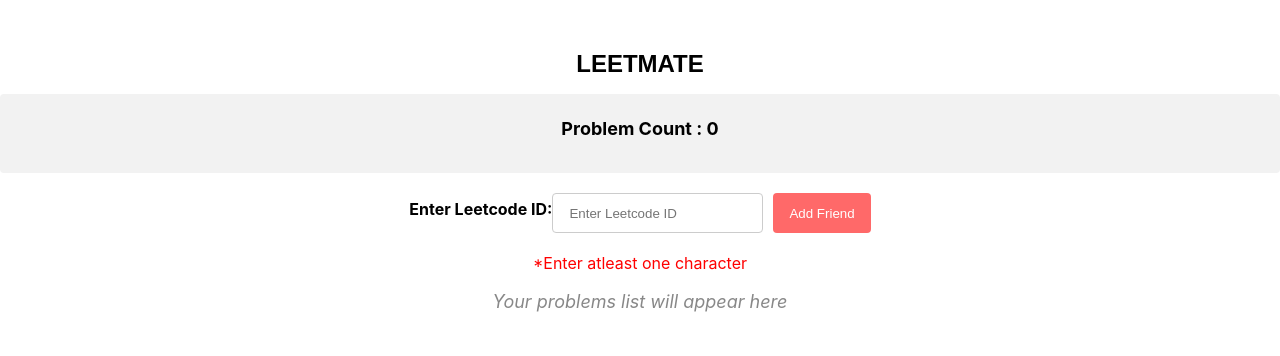
Repository: Sanketh149/leetcode-discord
Page: /
These files come from the project's save history. The page is drawn as it stood at one moment and after the next save; the edit follows.
The browser window is 1280 px wide. The pictures show the whole page.
The project was rebuilt for these pictures with package versions that can differ from the ones it lists, and the page was loaded fresh each time. Also part of the build but not shown: src/Modal.module.css, src/Modal.js, src/Cart.module.css, src/Cart.js.

Above is the page before, as saved 2023-06-21 18:29:46.

### public/index.html
<!DOCTYPE html>
<html lang="en">
  <head>
    <meta charset="utf-8" />
    <link rel="icon" href="%PUBLIC_URL%/favicon.ico" />
    <meta name="viewport" content="width=device-width, initial-scale=1" />
    <meta name="theme-color" content="#000000" />
    <meta
      name="description"
      content="Web site created using create-react-app"
    />
    <link rel="apple-touch-icon" href="%PUBLIC_URL%/logo192.png" />
    <!--
      manifest.json provides metadata used when your web app is installed on a
      user's mobile device or desktop. See https://developers.google.com/web/fundamentals/web-app-manifest/
    -->
    <link rel="manifest" href="%PUBLIC_URL%/manifest.json" />
    <!--
      Notice the use of %PUBLIC_URL% in the tags above.
      It will be replaced with the URL of the `public` folder during the build.
      Only files inside the `public` folder can be referenced from the HTML.

      Unlike "/favicon.ico" or "favicon.ico", "%PUBLIC_URL%/favicon.ico" will
      work correctly both with client-side routing and a non-root public URL.
      Learn how to configure a non-root public URL by running `npm run build`.
    -->
    <title>LeetMate</title>
  </head>
  <body>
    <noscript>You need to enable JavaScript to run this app.</noscript>
    <div id="root"></div>
    <div id="overlays"></div>
    <!--
      This HTML file is a template.
      If you open it directly in the browser, you will see an empty page.

      You can add webfonts, meta tags, or analytics to this file.
      The build step will place the bundled scripts into the <body> tag.

      To begin the development, run `npm start` or `yarn start`.
      To create a production bundle, use `npm run build` or `yarn build`.
    -->
  </body>
</html>

### src/App.js
import React, { useState } from "react";
import "./App.css";
import Cart from "./Cart";
const API_ENDPOINT = "/graphql";
const App = () => {
  const [username, setUsername] = useState("");
  const [user, setUser] = useState([]);
  const [leetId, setLeetId] = useState([]);
  const displayTitle = (item, titleSlug) => {
    const exisitingTitles = user.map((innerArray) => innerArray[0]);
    const exisitingSlugs = user.map((innerArray) => innerArray[1]);
    const uniqueTitles = [...new Set([...exisitingTitles, ...item])];
    const uniqueSlugs = [...new Set([...exisitingSlugs, ...titleSlug])];
    // const uniquePairs = uniqueTitles.map((name, index) => ({
    //   name,
    //   link: uniqueSlugs[index],
    // }));
    const uniquePairs = [];
    for (let i = 0; i < uniqueSlugs.length; i++) {
      const temp = [uniqueTitles[i], uniqueSlugs[i]];
      uniquePairs.push(temp);
    }
    setUser((prevState) => {
      return uniquePairs;
    });
  };

  const handleFormSubmit = async (event) => {
    event.preventDefault();

    const query = `
      {
        recentAcSubmissionList(username: "${username}") {
          id
          title
          titleSlug
        }
      }
    `;

    const url = `${API_ENDPOINT}?query=${encodeURIComponent(query)}`;

    fetch(url)
      .then((response) => response.json())
      .then((result) => {
        const titles = result.data.recentAcSubmissionList.map(
          (submission) => submission.title
        );
        const titleslugs = result.data.recentAcSubmissionList.map(
          (submission) => submission.titleSlug
        );
        displayTitle(titles, titleslugs);
        if (username.length >= 0 && !leetId.includes(username)) {
          setLeetId((prevState) => [...prevState, username]);
        }
        setUsername("");
      })
      .catch((error) => {
        setCartIsShown(true);
      });
  };

  const handleSubmit = (event) => {
    event.preventDefault();
    handleFormSubmit(event);
    // if (username.length >= 0 && !leetId.includes(username)) {
    //   setLeetId((prevState) => [...prevState, username]);
    // }
    // setUsername("");
  };
  const [cartIsShown, setCartIsShown] = useState(false);
  const showCartHandler = () => {
    setCartIsShown(true);
  };
  const hideCartHandler = () => {
    setCartIsShown(false);
    setUsername("");
  };
  const isSubmitDisabled = username.trim().length === 0;
  return (
    <div className="app">
      {cartIsShown && <Cart onClose={hideCartHandler} shownName={username} />}
      <h1 className="app__title">LEETMATE</h1>
      <div className="problemCountCard">
        {" "}
        <p className="problemCount">Problem Count : {user.length}</p>
      </div>
      <form onSubmit={handleSubmit} className="app__form">
        <label htmlFor="username" className="app__label">
          Enter Leetcode ID:
        </label>
        <input
          type="text"
          value={username}
          onChange={(event) => setUsername(event.target.value)}
          placeholder="Enter Leetcode ID"
          className="app__input"
        />
        <button
          type="submit"
          className={`${
            isSubmitDisabled === true ? "app__button_disabled" : "app__button"
          }`}
          disabled={isSubmitDisabled}
        >
          Add Friend
        </button>
      </form>
      {isSubmitDisabled === true && (
        <div style={{ display: "block" }} className="errorShow">
          {" "}
          *Enter atleast one character
        </div>
      )}
      {leetId.map((item) => (
        <a href={`https://leetcode.com/${item}`} target="_blank">
          <button className="displayNameButton">{item}</button>
        </a>
      ))}
      {user.length > 0 && (
        <div>
          <b>
            {" "}
            Provided below are the links to the problems solved by above users
          </b>
        </div>
      )}
      {user.length > 0 ? (
        <ul className="app__list">
          {user.map((item) => (
            <li className="app__item">
              <a
                href={`https://leetcode.com/problems/${item[1]}`}
                target="_blank"
              >
                {item[0]}
              </a>
            </li>
          ))}
        </ul>
      ) : (
        <p className="app__message">Your problems list will appear here</p>
      )}
    </div>
  );
};

export default App;

### src/App.css
.app {
  text-align: center;
  margin-top: 50px;
}

.app__title {
  font-family: Arial, Helvetica, sans-serif;
  font-size: 24px;
}

.app__form {
  display: flex;
  justify-content: center;
  margin-bottom: 20px;
  margin-top: 20px;
}

.app__input {
  padding: 8px 16px;
  margin-right: 10px;
  border-radius: 4px;
  border: 1px solid #ccc;
}

.app__button {
  padding: 8px 16px;
  border-radius: 4px;
  background-color: #007bff;
  color: #fff;
  border: none;
  cursor: pointer;
}

.app__button_disabled {
  padding: 8px 16px;
  border-radius: 4px;
  background-color: #ff6969;
  color: #fff;
  border: none;
  cursor: pointer;
}

.app__list {
  list-style: none;
  padding-left: 0;
  margin-bottom: 20px;
}

.app__item {
  font-size: 18px;
  margin-bottom: 10px;
}

.app__message {
  font-size: 18px;
  font-style: italic;
  color: #888;
}

.app__list a {
  color: #007bff; /* Set the color for regular links */
  text-decoration: none; /* Remove underline for links */
}

.app__list a:visited {
  color: #007bff; /* Set the color for visited links */
}

.errorShow {
  color: red;
}

.displayNameButton {
  background-color: #f2f2f2;
  border: 1px solid black;
  border-radius: 4px;
  padding: 8px 12px;
  font-size: 14px;
  cursor: pointer;
  margin: 1rem;
}
.displayNameButton:hover {
  background-color: #e0e0e0;
}
.problemCountCard {
  background-color: #f2f2f2;
  padding: 16px;
  margin-top: 16px;
  border-radius: 4px;
}
.problemCount {
  font-size: large;
  font-weight: bold;
  margin-top: 8px;
}
.app__label {
  display: block;
  margin-bottom: 8px;
  font-weight: bold;
  line-height: 2;
}

Loaded but not shown: src/index.js (common file); src/index.css (common file); src/reportWebVitals.js (common file)

After the next save:
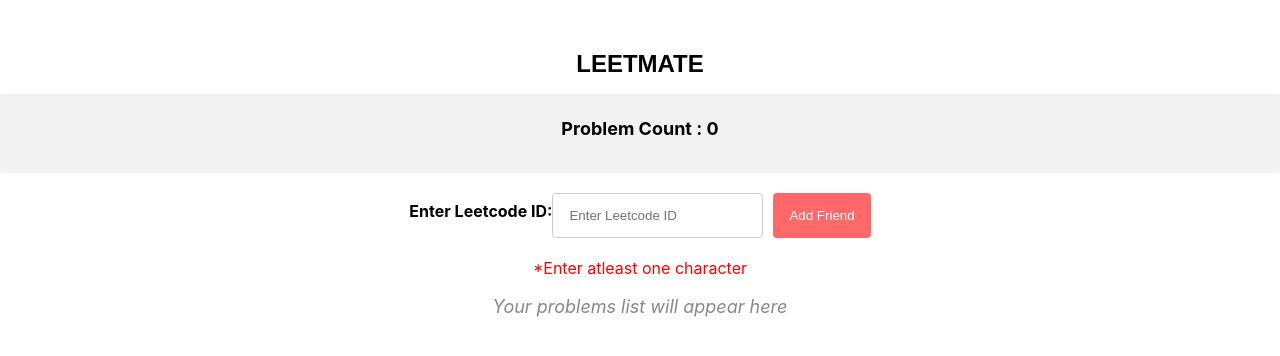
Saved 6 s later.
--- a/src/App.css
+++ b/src/App.css
@@ -97,5 +97,5 @@
   display: block;
   margin-bottom: 8px;
   font-weight: bold;
-  line-height: 2;
+  line-height: 2.3;
 }
